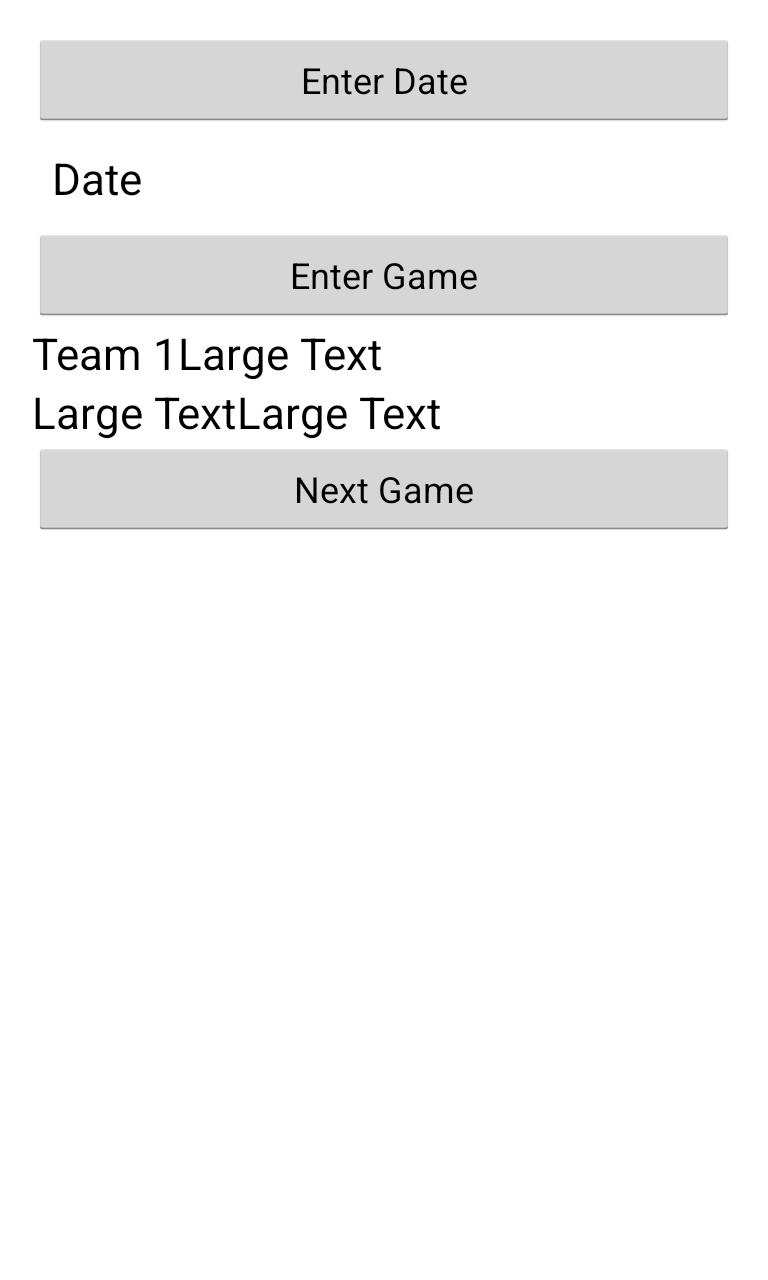
Repository: shervinshaikh/Android
Layout: NBAScoreTracker/res/layout/activity_sport_scores.xml
The author's editor kept a copy of each file at every save. The layout is drawn from the files as they stood at one save, then again after the next save.
It is drawn on a 768 x 1280 px phone screen (xhdpi) without system bars, with theme AppTheme; the app's code is not run.

Above is the layout before, as saved 2013-04-27 18:39:09.

### NBAScoreTracker/res/layout/activity_sport_scores.xml
<LinearLayout
	xmlns:android="http://schemas.android.com/apk/res/android"
    xmlns:tools="http://schemas.android.com/tools"
    android:layout_width="match_parent"
    android:layout_height="match_parent"
    android:paddingBottom="@dimen/activity_vertical_margin"
    android:paddingLeft="@dimen/activity_horizontal_margin"
    android:paddingRight="@dimen/activity_horizontal_margin"
    android:paddingTop="@dimen/activity_vertical_margin"
    tools:context=".SportScores"
    android:screenOrientation="portrait"
    android:orientation="vertical"
    >

    <Button
        android:id="@+id/enter_date_button"
        android:layout_width="fill_parent"
        android:layout_height="wrap_content"
        android:text="@string/enter_date"
        />

    <TextView
        android:id="@+id/textView1"
        android:layout_width="wrap_content"
        android:layout_height="wrap_content"
        android:text="@string/date"
        android:textAppearance="?android:attr/textAppearanceLarge"
        android:padding="10dip" />

    <Button
        android:id="@+id/enter_game_button"
        android:layout_width="fill_parent"
        android:layout_height="wrap_content"
        android:text="@string/enter_game"
        />

    <LinearLayout
        android:layout_width="match_parent"
        android:layout_height="wrap_content"
        android:orientation="horizontal" >

        <TextView
            android:id="@+id/textView2"
            android:layout_width="wrap_content"
            android:layout_height="wrap_content"
            android:text="@string/team1"
            android:textAppearance="?android:attr/textAppearanceLarge" />

        <TextView
            android:id="@+id/textView4"
            android:layout_width="wrap_content"
            android:layout_height="wrap_content"
            android:text="Large Text"
            android:textAppearance="?android:attr/textAppearanceLarge" />

    </LinearLayout>

    <LinearLayout
        android:layout_width="match_parent"
        android:layout_height="wrap_content" >

        <TextView
            android:id="@+id/textView3"
            android:layout_width="wrap_content"
            android:layout_height="wrap_content"
            android:text="Large Text"
            android:textAppearance="?android:attr/textAppearanceLarge" />

        <TextView
            android:id="@+id/textView5"
            android:layout_width="wrap_content"
            android:layout_height="wrap_content"
            android:text="Large Text"
            android:textAppearance="?android:attr/textAppearanceLarge" />

    </LinearLayout>

    <Button
        android:id="@+id/next_game_button"
        android:layout_width="fill_parent"
        android:layout_height="wrap_content"
        android:text="@string/next_game"
        />

</LinearLayout>

### NBAScoreTracker/res/values/strings.xml
<?xml version="1.0" encoding="utf-8"?>
<resources>

    <string name="app_name">NBAScoreTracker</string>
    <string name="action_settings">Settings</string>
    <string name="hello_world">Hello world!</string>

    <string name="enter_date">Enter Date</string>
    <string name="enter_game">Enter Game</string>
    <string name="next_game">Next Game</string>

    <string name="date">Date</string>
    <string name="team1">Team 1</string>
    <string name="team2">Team 2</string>

</resources>

Loaded but not shown: NBAScoreTracker/res/values/styles.xml (common file); NBAScoreTracker/res/values-v11/styles.xml (common file); NBAScoreTracker/res/values-v14/styles.xml (common file); NBAScoreTracker/res/values/dimens.xml (common file)

After the next save:
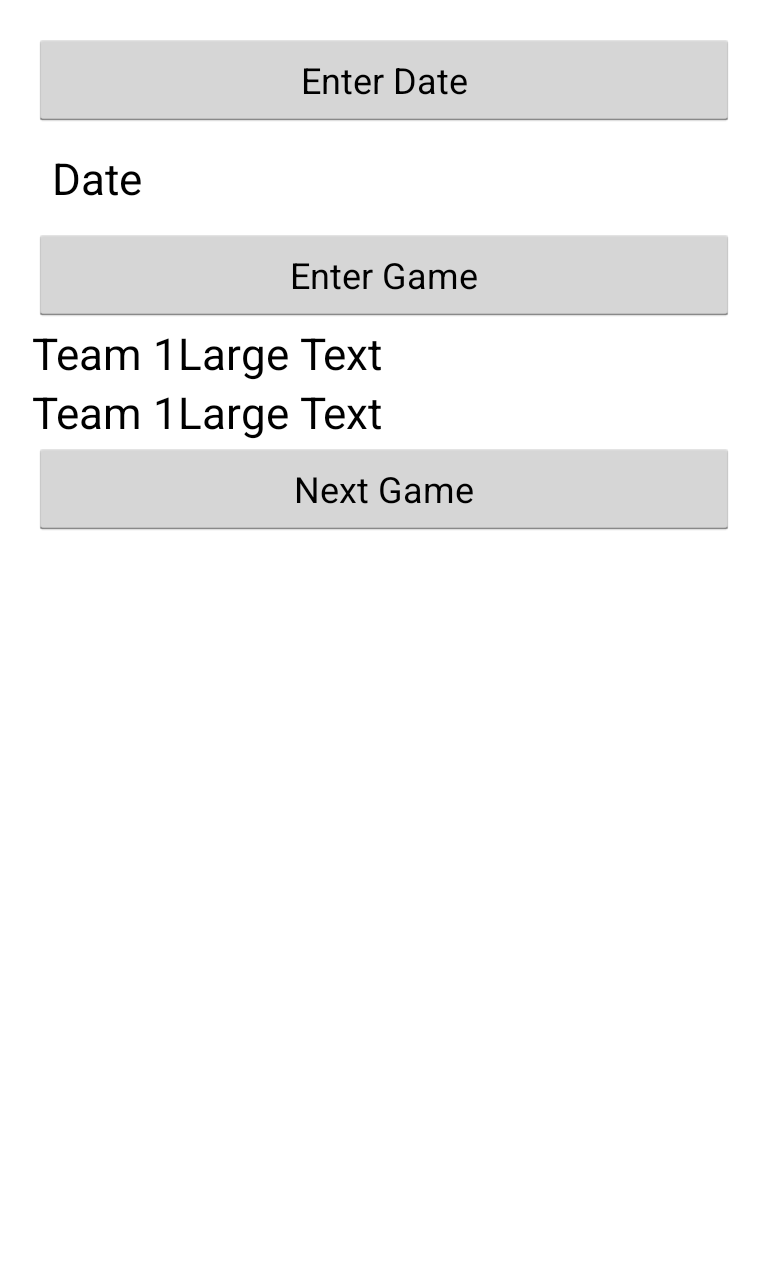
Saved 6 s later.
--- a/NBAScoreTracker/res/layout/activity_sport_scores.xml
+++ b/NBAScoreTracker/res/layout/activity_sport_scores.xml
@@ -63,7 +63,7 @@
             android:id="@+id/textView3"
             android:layout_width="wrap_content"
             android:layout_height="wrap_content"
-            android:text="Large Text"
+            android:text="@string/team1"
             android:textAppearance="?android:attr/textAppearanceLarge" />
 
         <TextView
